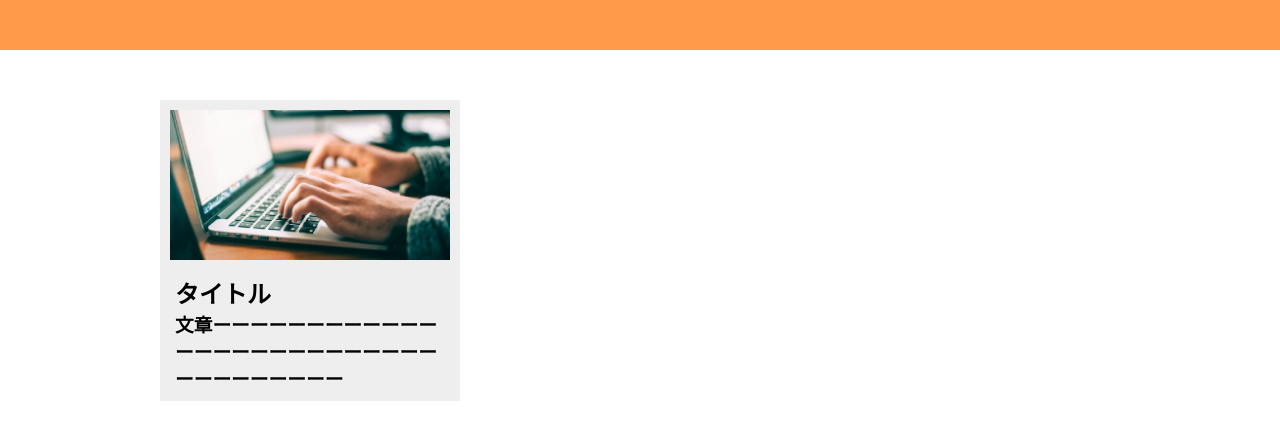
Repository: yuu3176/theme1
Page: 1-9-2/1-9-2.html
The author's editor kept a record of every edit. The page is drawn from the files as they stood at one moment, then again after the next edit.
The browser window is 1280 px wide. The pictures show the whole page.

Above is the page before.

### 1-9-2/1-9-2.html
<!DOCTYPE html>
<html lang="ja">
  <head>
    <meta charset="utf-8">
    <link rel="stylesheet" href="1-9-2.css">
    <title>1-9-2</title>
  </head>

  <body>
    <header></header>
    <main>
      <div class="box">
        <div class="box-image1"></div>
        <section class="box-text">
          <h2>タイトル</h2>
          <h3>文章ーーーーーーーーーーーーーーーーーーーーーーーーーーーーーーーーーーー</h3>
        </section>
      </div>
    </main>
  </body>
</html>

### 1-9-2/1-9-2.css
*{
  margin: 0;
  padding: 0;
  box-sizing: border-box;
}

header{
  height: 50px;
  background-color: #ff9a4b;
}

main{
  width: 960px;
  margin: 50px auto;
  display: flex;
}

.box{
  width: 300px;
  margin-right: 30px;
  padding: 10px;
  position: relative;
  background-color: #eeeeee;
}

.box:last-child{
  margin-right: 0;
}

.box-step{
  position: absolute;
  top: 0;
  left: 0;
  background-color: #ff9a4b;
  color: #fff;
}

.box-image1{
  height: 150px;
  background-image: url(img/flow01.png);
  background-position: bottom;
  background-size: cover;
}

.box-image2{
  height: 150px;
  background-image: url(img/flow02.png);
  background-position: bottom;
  background-size: cover;
}

.box-image3{
  height: 150px;
  background-image: url(img/flow03.png);
  background-position: bottom;
  background-size: cover;
}

.box-text{
  margin: 15px 0 0 5px;
}

footer{
  height: 50px;
  background-color: #aaaaaa;
}

@media screen and (max-width:768px){
  header{
    width: 100%;
  }

  main{
    width: 100%;
    margin: 50px auto;
    display: block;
  }

  .box{
    width: 90%;
    margin-bottom: 20px;
    margin-left: 5%;
    margin-right: 5%;
  }

  .box:last-child{
    margin-bottom: 0;
  }

  .box-image1 .box-image2 .box-image3{
    height: 150px;
  }

  footer{
    width: 100%;
  }
}

After the next edit:
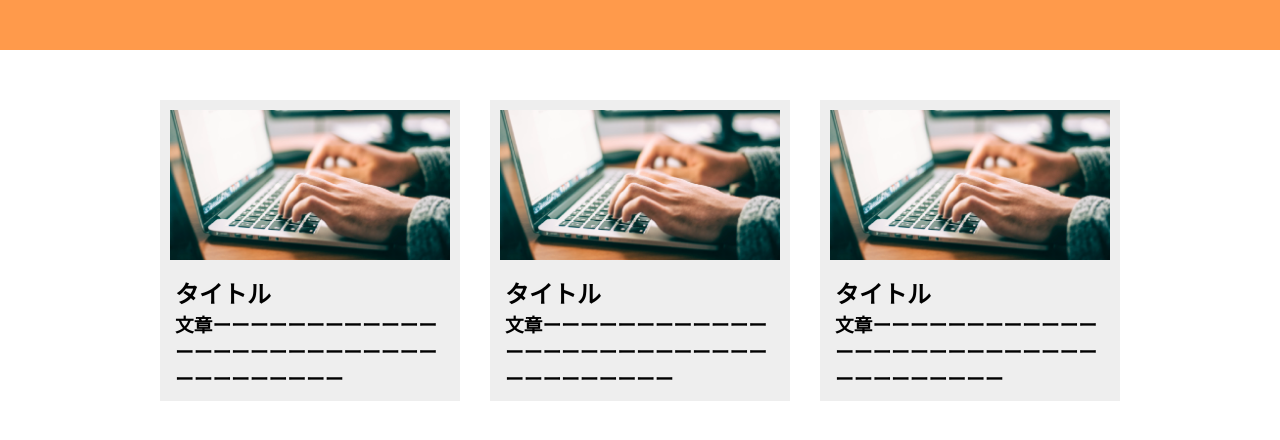
The edit:
--- a/1-9-2/1-9-2.html
+++ b/1-9-2/1-9-2.html
@@ -16,6 +16,20 @@
           <h3>文章ーーーーーーーーーーーーーーーーーーーーーーーーーーーーーーーーーーー</h3>
         </section>
       </div>
+      <div class="box">
+        <div class="box-image1"></div>
+        <section class="box-text">
+          <h2>タイトル</h2>
+          <h3>文章ーーーーーーーーーーーーーーーーーーーーーーーーーーーーーーーーーーー</h3>
+        </section>
+      </div>
+      <div class="box">
+        <div class="box-image1"></div>
+        <section class="box-text">
+          <h2>タイトル</h2>
+          <h3>文章ーーーーーーーーーーーーーーーーーーーーーーーーーーーーーーーーーーー</h3>
+        </section>
+      </div>
     </main>
   </body>
 </html>
